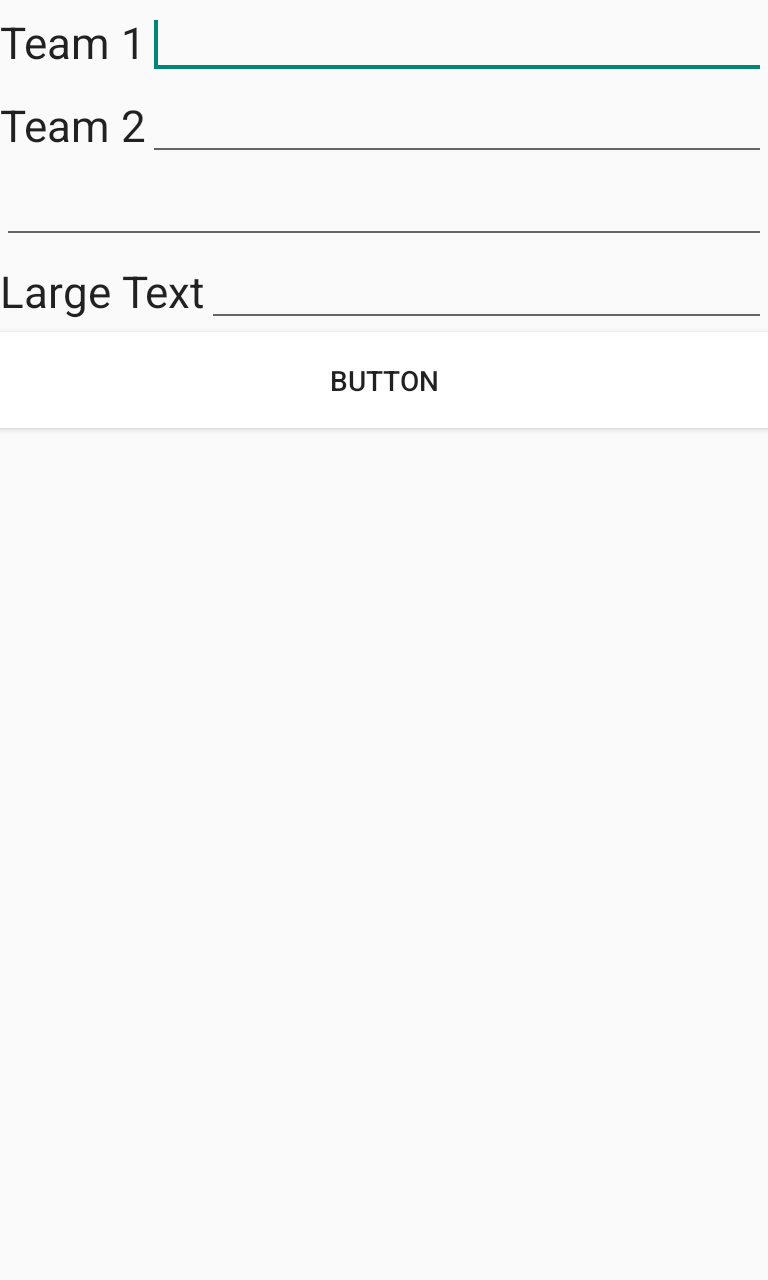
Repository: charlesweng/school
Layout: simpleandroidapps/GettingToKnowUIActivities/charleswengScoringProject/charleswengScoring/res/layout/fragment_teamdialog.xml
The author's editor kept a copy of each file at every save. The layout is drawn from the files as they stood at one save, then again after the next save.
It is drawn on a 768 x 1280 px phone screen (xhdpi) without system bars, with theme AppTheme; the app's code is not run.

Above is the layout before, as saved 2014-04-26 08:39:51.

After the next save:
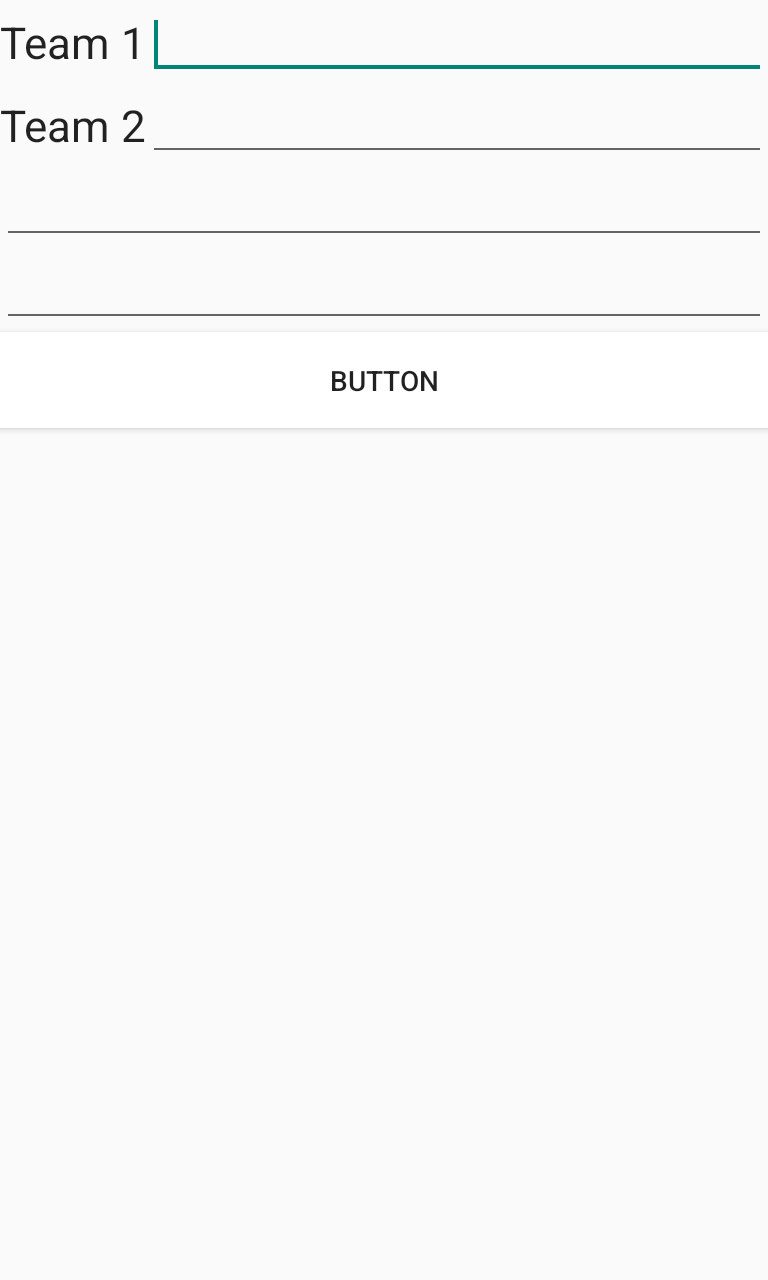
Saved 4 s later.
--- a/simpleandroidapps/GettingToKnowUIActivities/charleswengScoringProject/charleswengScoring/res/layout/fragment_teamdialog.xml
+++ b/simpleandroidapps/GettingToKnowUIActivities/charleswengScoringProject/charleswengScoring/res/layout/fragment_teamdialog.xml
@@ -41,7 +41,7 @@
         android:layout_below="@+id/team1score"
         android:layout_alignBaseline="@+id/editScore2"
         android:layout_alignParentLeft="true"
-        android:text="Large Text"
+        android:text=""
         android:textAppearance="?android:attr/textAppearanceLarge" />
 
     <EditText
